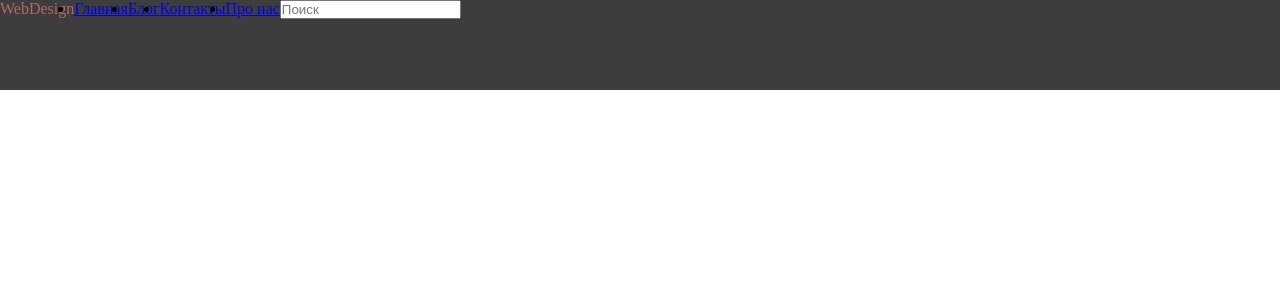
Repository: andbaik/Itprog
Page: index.htm
The author's editor kept a copy of each file at every save. The page is drawn from the files as they stood at one save, then again after a run of saves.
The browser window is 1280 px wide. The pictures show the whole page.

Above is the page before, as saved 2021-01-19 15:35:13.

### index.htm
<!DOCTYPE html>
<html lang="en">
<head>
    <meta charset="UTF-8">
    <meta name="viewport" content="width=device-width, initial-scale=1.0">
    <link rel="stylesheet" href="css/style.css">
    <title>Моя страница</title>
</head>
<body>
    <div class="header">
        <div class="logo">
            WebDesign
        </div>
        <div class="nav">
                <ul>
                    <li><a href="#">Главная</a></li>
                    <li><a href="#">Блог</a></li>
                    <li><a href="#">Контакты</a></li>
                    <li><a href="#">Про нас</a></li>
                </ul>
        </div>
        <div class="search">
            <form action="" method="POST" id="search" name="search">
                <input type="text" placeholder="Поиск">
            </form>
        </div>
    </div>
</body>
</html>

### css/style.css
* {
    margin: 0;
    padding: 0;
}

.header {
    display: flex;
    width: 100%;
    height: 90px;
    background-color: #3D3D3D;
    border-bottom: ;

}
.logo{
    color: #B36767;
}
.header ul {
    display: flex;
}

After the next 3 saves:
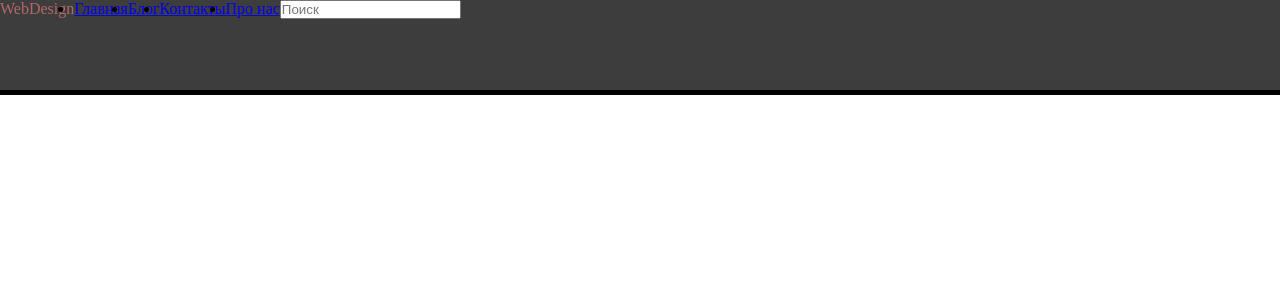
The 3 saves are shown as one change because they came seconds apart.
The last was saved 22 s later.
--- a/css/style.css
+++ b/css/style.css
@@ -8,7 +8,7 @@
     width: 100%;
     height: 90px;
     background-color: #3D3D3D;
-    border-bottom: ;
+    border-bottom: 5px solid ;
 
 }
 .logo{

After the 2 saves that followed:
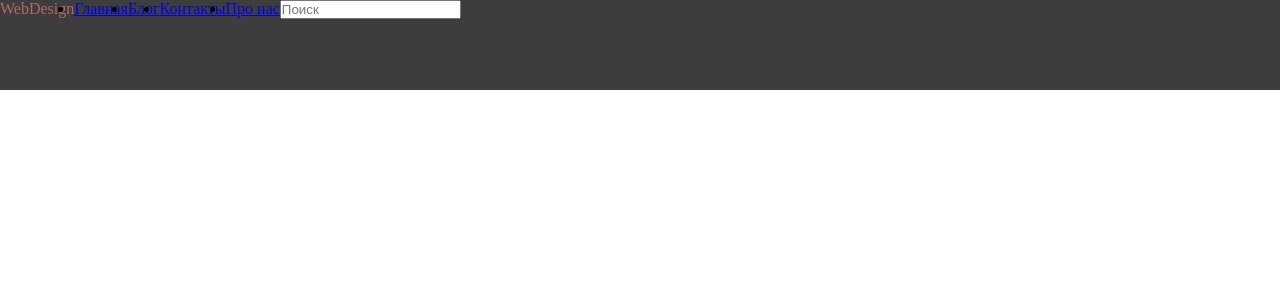
The 2 saves are shown as one change because they came seconds apart.
The last was saved 12 s later.
--- a/css/style.css
+++ b/css/style.css
@@ -8,7 +8,7 @@
     width: 100%;
     height: 90px;
     background-color: #3D3D3D;
-    border-bottom: 5px solid ;
+    border-bottom: 5px solid #rgb(111,111,111);
 
 }
 .logo{
